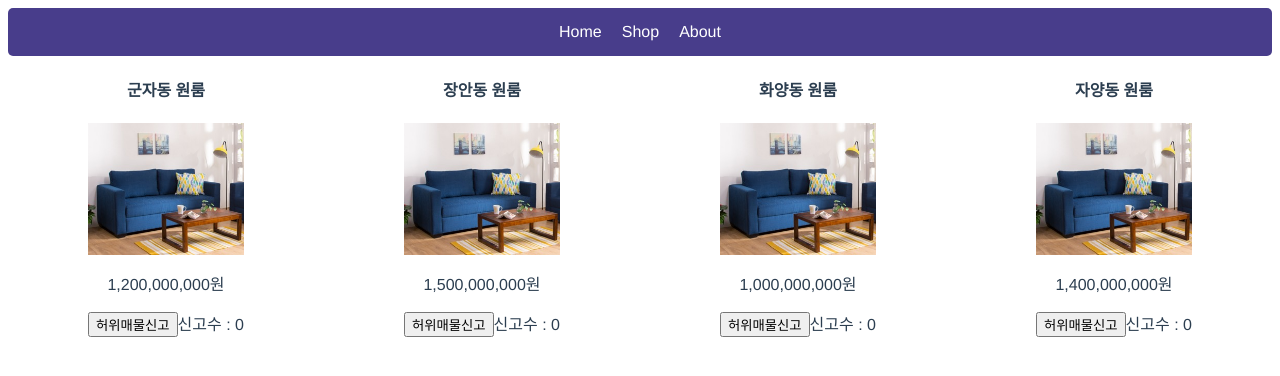
Repository: jy0813/Function
Page: / (app in function/)
These files come from the project's save history. The page is drawn as it stood at one moment and after the next save; the edit follows.
The browser window is 1280 px wide. The pictures show the whole page.
The project was rebuilt for these pictures with package versions that can differ from the ones it lists, and the page was loaded fresh each time.

Above is the page before, as saved 2022-02-23 17:00:29.

### function/src/App.vue
<template>
<div class="menu">
  <a v-for="(item, i) in menu" :key="'item' + i">{{item}}</a>
  </div>
  <div class="room_list">
<div class="room" v-for="(item, index) in rooms" :key="index">
  <h4>{{item.address}}</h4>
  <a :href="item.link" class="thumb_area">
    <figure class="thumb" :style="`background-image: url('${item.img}')`"></figure>
  </a>
  <p>{{numSet(item.price)}}원</p>
  <button @click="reportBtn(index)">허위매물신고</button>
  <span>신고수 : {{item.report}}</span>
</div>
</div>
</template>

<script>


export default {
  name: 'App',
  data() {
    return {
      menu:['Home','Shop','About'],
      rooms:[
        {
          img: require('@/assets/images/room0.jpg'),
          link:'/',
          address:'군자동 원룸',
          price:'1200000000',
          report:0,
        },
        {
          img: require('@/assets/images/room0.jpg'),
          link:'/',
          address:'장안동 원룸',
          price:'1500000000',
          report:0,
        },
        {
          img: require('@/assets/images/room0.jpg'),
          link:'/',
          address:'화양동 원룸',
          price:'1000000000',
          report:0,
        },
        {
          img: require('@/assets/images/room0.jpg'),
          link:'/',
          address:'자양동 원룸',
          price:'1400000000',
          report:0,
        }
      ],
    }
  },
   methods: {
    numSet(val) {
      if (!val) return (val = '');
      return val.toString().replace(/\B(?=(\d{3})+(?!\d))/g, ',');
    },
    reportBtn(index) {
      this.rooms[index].report += 1;
    },
   }
}
</script>

<style>
#app {
  font-family: Avenir, Helvetica, Arial, sans-serif;
  -webkit-font-smoothing: antialiased;
  -moz-osx-font-smoothing: grayscale;
  text-align: center;
  color: #2c3e50;
}

.menu {
  background: darkslateblue;
  padding: 15px;
  border-radius: 5px;
}

.menu a {
  color:white;
  padding:10px;
}

.room_list {
  display: flex;
  justify-content: space-around;
}

/* Default */
.thumb_area {
  display: block;
  position: relative;
  width:100%;
  height: 100%;
}

.thumb_area img {
  max-width: 100%;
  height: auto;
}

.thumb {
  position: absolute;
  display: block;
  width: 100%;
  height: 100%;
  background-size: cover;
  margin: 0;
}


</style>

Loaded but not shown: function/public/index.html (common file); function/src/main.js (common file)

After the next save:
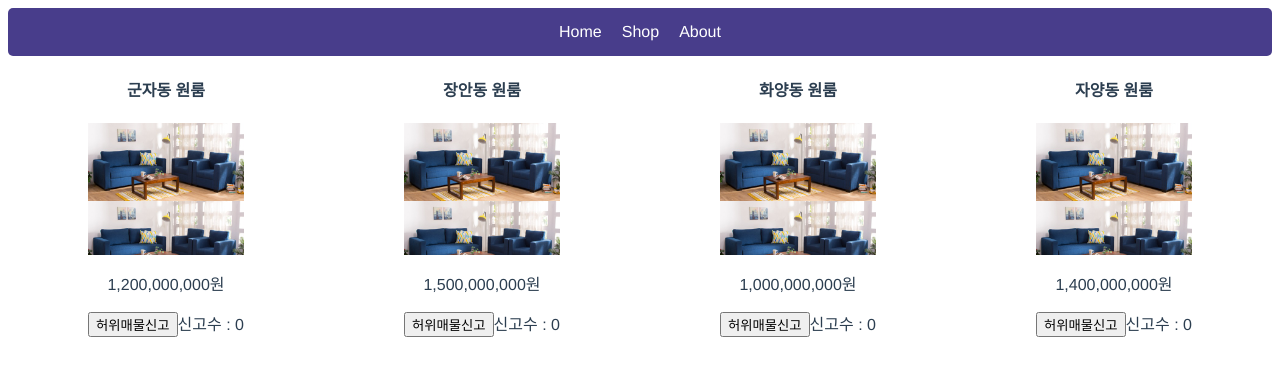
Saved 6 s later.
--- a/function/src/App.vue
+++ b/function/src/App.vue
@@ -110,7 +110,7 @@
   display: block;
   width: 100%;
   height: 100%;
-  background-size: cover;
+  background-size: contain;
   margin: 0;
 }
 

After the save that followed:
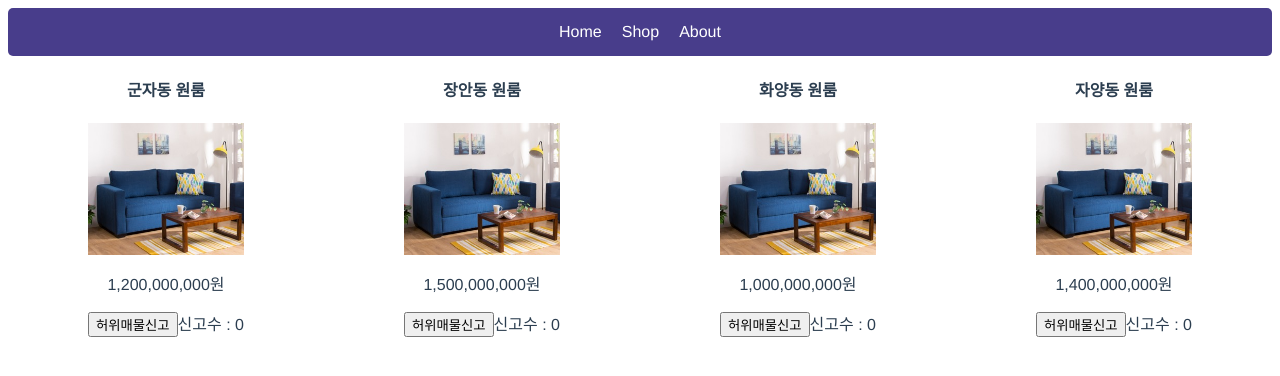
Saved 4 s later.
--- a/function/src/App.vue
+++ b/function/src/App.vue
@@ -110,7 +110,7 @@
   display: block;
   width: 100%;
   height: 100%;
-  background-size: contain;
+  background-size: cover;
   margin: 0;
 }
 
